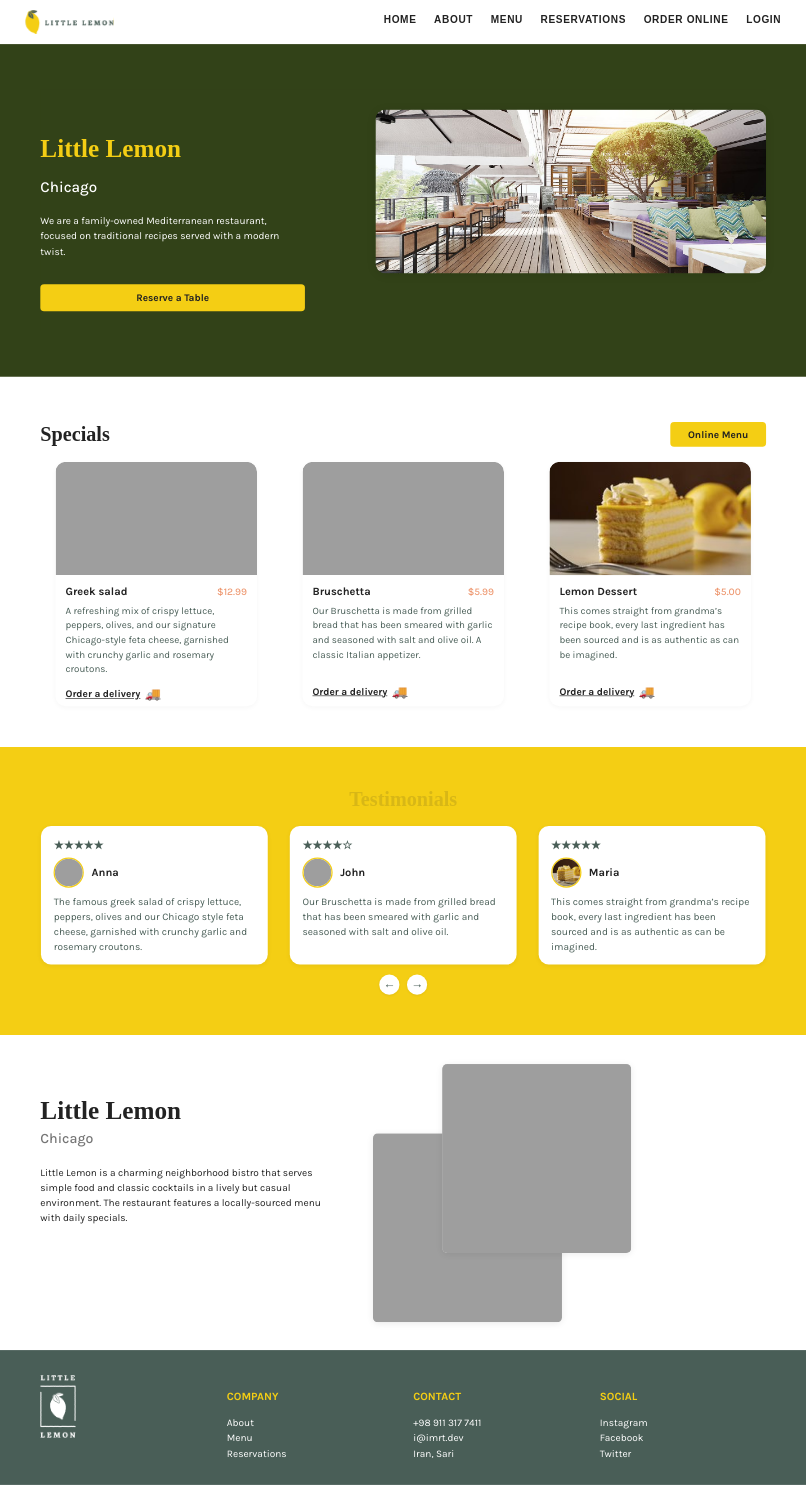
Repository: mrtseven/capstone-little-lemon-mrt
Page: /
An editor plug-in stored every save of this project. The page is shown before and after a run of saves, followed by the edit.
The browser window is 1280 px wide. The pictures show the whole page, at 63% of full size.
Pictures or frames that could not be fetched are drawn as grey boxes. Some web fonts or font styles are not loaded; a fallback is used. The project was rebuilt for these pictures with package versions that can differ from the ones it lists, and the page was loaded fresh each time. Also part of the build but not shown: src/pages/About.jsx, src/pages/Menu.jsx, src/components/ReservationForm.jsx, src/bookingsAPI.js, src/components/ConfirmedReservation.jsx, src/pages/Reservations.jsx, src/pages/Order.jsx, src/pages/Login.jsx.

Above is the page before, as saved 2025-07-28 21:00:46.

### public/index.html
<!DOCTYPE html>
<html lang="en">
  <head>
    <meta charset="utf-8" />
    <link rel="icon" href="%PUBLIC_URL%/favicon.ico" />
    <meta name="viewport" content="width=device-width, initial-scale=1" />
    <meta name="theme-color" content="#000000" />
    <meta name="description" content="Experience vibrant Mediterranean flavors at Little Lemon, a stylish bar and small plates restaurant in the heart of Dublin. Enjoy fresh produce, handcrafted cocktails, and a premium wine selection in a lively, modern atmosphere—perfect for intimate dinners or special occasions."/>
    <meta name="og:title" content="Little Lemon restaurant"/>
    <meta name="og:description" content="Experience vibrant Mediterranean flavors at Little Lemon, a stylish bar and small plates restaurant in the heart of Dublin. Enjoy fresh produce, handcrafted cocktails, and a premium wine selection in a lively, modern atmosphere—perfect for intimate dinners or special occasions."/>
    <meta name="og:image" content="%PUBLIC_URL%/restaurant.jpg"/>
    <link rel="preconnect" href="https://fonts.googleapis.com">
    <link rel="preconnect" href="https://fonts.gstatic.com" crossorigin>
    <link href="https://fonts.googleapis.com/css2?family=Markazi+Text:wght@400..700&display=swap" rel="stylesheet">
    <link rel="apple-touch-icon" href="%PUBLIC_URL%/logo192.png" />
    <!--
      manifest.json provides metadata used when your web app is installed on a
      user's mobile device or desktop. See https://developers.google.com/web/fundamentals/web-app-manifest/
    -->
    <link rel="manifest" href="%PUBLIC_URL%/manifest.json" />
    <!--
      Notice the use of %PUBLIC_URL% in the tags above.
      It will be replaced with the URL of the `public` folder during the build.
      Only files inside the `public` folder can be referenced from the HTML.

      Unlike "/favicon.ico" or "favicon.ico", "%PUBLIC_URL%/favicon.ico" will
      work correctly both with client-side routing and a non-root public URL.
      Learn how to configure a non-root public URL by running `npm run build`.
    -->
    <title>Little Lemon MRT Restaurant</title>
  </head>
  <body>
    <noscript>You need to enable JavaScript to run this app.</noscript>
    <div id="root"></div>
    <!--
      This HTML file is a template.
      If you open it directly in the browser, you will see an empty page.

      You can add webfonts, meta tags, or analytics to this file.
      The build step will place the bundled scripts into the <body> tag.

      To begin the development, run `npm start` or `yarn start`.
      To create a production bundle, use `npm run build` or `yarn build`.
    -->
  </body>
</html>

### src/App.css
@import url('https://fonts.googleapis.com/css2?family=Karla:wght@400;500;700;800&family=Markazi+Text:wght@400;500;700&display=swap');

/* === Type System & Base Styles === */

body {
  font-family: 'Karla', Arial, sans-serif;
  color: #222;
  background: #fff;
  margin: 0;
  padding: 0;
}

/* Display Title - Medium 64pt */
h1 {
  font-family: 'Markazi Text', serif;
  font-size: 64px;
  font-weight: 500;
  margin-bottom: 0.25em;
  line-height: 1.1;
}

/* Sub title - keep close to display */
h2 {
  font-family: 'Markazi Text', serif;
  font-size: 40px;
  font-weight: 400;
  margin-bottom: 0.25em;
  line-height: 1.2;
}

/* Regular 40pt (for h3) */
h3 {
  font-family: 'Markazi Text', serif;
  font-size: 40px;
  font-weight: 400;
  margin-bottom: 0.25em;
  line-height: 1.2;
}

/* Section Title! Uppercase 20pt Extra Bold */
h4 {
  font-family: 'Markazi Text', serif;
  font-size: 20px;
  font-weight: 800;
  text-transform: uppercase;
  margin-bottom: 0.5em;
  line-height: 1.2;
}

/* Card Title 18pt Bold */
h5 {
  font-family: 'Karla', Arial, sans-serif;
  font-size: 18px;
  font-weight: 700;
  margin-bottom: 0.5em;
  line-height: 1.2;
}

/* Category/Section 16pt Extra Bold */
h6 {
  font-family: 'Karla', Arial, sans-serif;
  font-size: 16px;
  font-weight: 700;
  margin-bottom: 0.5em;
  line-height: 1.2;
}

/* Paragraph text regular 16pt, 1.5 line height */
p {
  font-family: 'Karla', Arial, sans-serif;
  font-size: 16px;
  font-weight: 400;
  line-height: 1.5;
  margin-bottom: 1em;
  color: #222;
  max-width: 65ch;
}

/* Lead text (use .lead for emphasis) */
.lead {
  font-family: 'Karla', Arial, sans-serif;
  font-size: 18px;
  font-weight: 400;
  color: #222;
  margin-bottom: 0.5em;
}

/* Highlight text (e.g. price) */
.highlight {
  font-family: 'Karla', Arial, sans-serif;
  font-size: 16px;
  font-weight: 500;
  color: #495E57;
}

/* Section/Category bold (for span or strong) */
.bold {
  font-family: 'Karla', Arial, sans-serif;
  font-weight: 700;
}
.extra-bold {
  font-family: 'Karla', Arial, sans-serif;
  font-weight: 800;
}
.uppercase {
  text-transform: uppercase;
}

/* Accent colors */
.accent-green {
  color: #495E57;
}
.accent-yellow {
  color: #F4CE14;
}
.bg-accent-green {
  background: #495E57;
}
.bg-accent-yellow {
  background: #F4CE14;
}

/* Rounded corners utility */
.rounded-16 {
  border-radius: 16px;
}

/* Container for the navbar */
.navbar {
  max-width: 1200px;
  margin: 0 auto;
  display: flex;
  align-items: center;
  justify-content: space-between;
  background: #fff;
  padding: 16px 40px;
  font-family: 'Arial', sans-serif;

}

/* Logo and brand */
.navbar-logo {
  display: flex;
  align-items: center;
}

.navbar-logo img {
  height: 38px; /* Adjust as needed */
  margin-right: 8px;
  object-fit: cover;
}

.navbar-brand {
  font-weight: bold;
  color: #CFC12D; /* Lemon yellow, adjust as necessary */
  letter-spacing: 2px;
  font-size: 1.1rem;
  display: none !important;
}

/* Navigation links */
.navbar-menu {
  display: flex;
  align-items: center;
  gap: 28px; /* Space between menu items */
}

.navbar-menu a {
  text-decoration: none;
  color: #222;
  font-weight: bold;
  text-transform: uppercase;
  letter-spacing: 1px;
  font-size: 1rem;
  padding-bottom: 8px;
  transition: color 0.2s;
}

.navbar-menu a:hover {
  color: #CFC12D; /* Highlight on hover */
}

/* Hamburger styles */
.navbar-hamburger {
  display: none;
  flex-direction: column;
  justify-content: center;
  align-items: center;
  width: 36px;
  height: 36px;
  background: none;
  border: none;
  cursor: pointer;
  padding: 0;
  margin-left: 16px;
  z-index: 1002;
}
.hamburger-bar {
  width: 24px;
  height: 3px;
  background: #222;
  margin: 3px 0;
  border-radius: 2px;
  transition: all 0.3s;
}

/* Responsive styles */
@media (max-width: 900px) {
  .navbar {
    padding: 16px 20px 0 20px;
  }
  .navbar-brand {
    display: inline;
    font-size: 1rem;
  }
}

@media (max-width: 768px) {
  .navbar-menu {
    position: absolute;
    top: 64px;
    right: 0;
    left: 0;
    background: #fff;
    flex-direction: column;
    align-items: flex-start;
    gap: 0;
    padding: 24px 32px 24px 32px;
    box-shadow: 0 4px 16px rgba(0,0,0,0.07);
    display: none;
    z-index: 1001;
  }
  .navbar-menu.open {
    display: flex;
  }
  .navbar-menu a {
    width: 100%;
    padding: 16px 0;
    font-size: 1.1rem;
    border-bottom: 1px solid #eee;
  }
  .navbar-hamburger {
    display: flex;
  }
  .navbar {
    position: relative;
  }
}

@media (min-width: 769px) {
  .navbar-menu {
    display: flex !important;
    position: static;
    flex-direction: row;
    background: none;
    box-shadow: none;
    padding: 0;
    gap: 28px;
  }
  .navbar-hamburger {
    display: none;
  }
  .navbar-brand {
    display: inline;
  }
}

/* Hero Section Styles */
.hero-section {
  width: 100vw;
  background: #324218;
  margin: 0;
  padding: 0;
  display: flex;
  justify-content: center;
  align-items: flex-start;
  margin-bottom: 48px;
}
.hero-section .container {
  display: flex;
  flex-direction: row;
  align-items: flex-start;
  gap: 48px;
  padding-top: 40px;
  padding-bottom: 40px;
}
.hero-content {
  flex: 1 1 0;
  max-width: 420px;
  padding: 0;
  display: flex;
  flex-direction: column;
  justify-content: center;
}
.hero-title {
  font-size: 40px;
  font-family: 'Markazi Text', serif;
  font-weight: 700;
  color: #F4CE14;
  margin-bottom: 0.1em;
}
.hero-location {
  font-size: 24px;
  font-family: 'Karla', Arial, sans-serif;
  font-weight: 500;
  color: #fff;
  margin-bottom: 0.5em;
}
.hero-description {
  color: #fff;
  font-size: 16px;
  margin-bottom: 2em;
}
.hero-cta {
  font-family: 'Karla', Arial, sans-serif;
  font-size: 1rem;
  font-weight: 700;
  color: #222;
  background: #F4CE14;
  border: none;
  border-radius: 6px;
  padding: 12px 32px;
  cursor: pointer;
  margin-top: 8px;
  transition: background 0.2s;
}
.hero-cta:hover {
  background: #ffe066;
}
.hero-image-wrapper {
  flex: 1 1 0;
  display: flex;
  align-items: flex-start;
  justify-content: flex-end;
  padding: 0;
}
.hero-image {
  width: 620px;
  height: 260px;
  object-fit: cover;
  border-radius: 16px;
  box-shadow: 0 2px 16px rgba(0,0,0,0.10);
}
@media (max-width: 900px) {
  .hero-section .container {
    flex-direction: column;
    gap: 24px;
    align-items: center;
    padding: 24px 0;
  }
  .hero-image {
    width: 100%;
    max-width: 320px;
    height: auto;
  }
}

/* Dish Card Styles */
.dish-card {
  background: #fff;
  border-radius: 16px;
  box-shadow: 0 2px 8px rgba(0,0,0,0.04);
  overflow: hidden;
  width: 320px;
  display: flex;
  flex-direction: column;
  margin: 0 auto;
}
.dish-card-img {
  width: 100%;
  height: 180px;
  object-fit: cover;
  border-top-left-radius: 16px;
  border-top-right-radius: 16px;
  border-bottom-left-radius: 0;
  border-bottom-right-radius: 0;
}
.dish-card-body {
  padding: 16px 16px 12px 16px;
  display: flex;
  flex-direction: column;
  flex: 1 1 0;
  min-height: 180px;
}
.dish-card-header {
  display: flex;
  justify-content: space-between;
  align-items: flex-start;
  margin-bottom: 8px;
}
.dish-card-title {
  font-size: 1.1rem;
  font-family: 'Karla', Arial, sans-serif;
  font-weight: 700;
  margin: 0;
  color: #222;
}
.dish-card-price {
  font-size: 1rem;
  font-family: 'Karla', Arial, sans-serif;
  font-weight: 500;
  color: #EE9972;
  margin-left: 8px;
}
.dish-card-desc {
  font-size: 0.97rem;
  color: #495E57;
  margin: 0 0 16px 0;
  font-family: 'Karla', Arial, sans-serif;
}
.dish-card-cta {
  display: flex;
  align-items: center;
  font-weight: 700;
  font-size: 1rem;
  color: #222;
  cursor: pointer;
  gap: 6px;
  margin-top: auto;
}
.dish-card-cta-icon {
  font-size: 1.2em;
  margin-left: 2px;
}

/* Specials Section Styles */
.specials-section {
  margin: 0;
  padding: 0 0 32px 0;
}
.specials-header-row {
  display: flex;
  align-items: center;
  justify-content: space-between;
  margin-bottom: 24px;
  padding-top: 8px;
}
.specials-title {
  font-size: 2rem;
  font-family: 'Markazi Text', serif;
  font-weight: 700;
  margin: 0;
  color: #222;
}
.specials-menu-btn {
  font-family: 'Karla', Arial, sans-serif;
  font-size: 1rem;
  font-weight: 700;
  color: #222;
  background: #F4CE14;
  border: none;
  border-radius: 6px;
  padding: 10px 28px;
  cursor: pointer;
  transition: background 0.2s;
}
.specials-menu-btn:hover {
  background: #ffe066;
}
.specials-cards-row {
  display: flex;
  gap: 24px;
  justify-content: flex-start;
  align-items: stretch;
  flex-wrap: wrap;
}
@media (max-width: 900px) {
  .specials-cards-row {
    flex-direction: column;
    gap: 20px;
    align-items: center;
  }
  .specials-header-row {
    flex-direction: column;
    align-items: flex-start;
    gap: 12px;
  }
}

/* Grid Container */
.container {
  max-width: 1200px;
  margin: 0 auto;
  padding-left: 24px;
  padding-right: 24px;
  width: 100%;
  box-sizing: border-box;
}

@media (max-width: 1240px) {
  .container {
    max-width: 100vw;
  }
}

@media (max-width: 600px) {
  .container {
    padding-left: 8px;
    padding-right: 8px;
  }
}

/* Testimonial Card Styles */
.testimonial-card {
  background: #fff;
  border-radius: 16px;
  box-shadow: 0 2px 8px rgba(0,0,0,0.06);
  padding: 20px 20px 16px 20px;
  width: 320px;
  min-height: 180px;
  display: flex;
  flex-direction: column;
  align-items: flex-start;
  margin: 0 auto;
}
.testimonial-rating {
  font-size: 1.1rem;
  font-weight: 700;
  color: #495E57;
  margin-bottom: 10px;
}
.testimonial-row {
  display: flex;
  align-items: center;
  gap: 12px;
  margin-bottom: 10px;
}
.testimonial-img {
  width: 44px;
  height: 44px;
  object-fit: cover;
  border-radius: 50%;
  border: 2px solid #F4CE14;
}
.testimonial-name {
  font-size: 1.1rem;
  font-weight: 700;
  color: #222;
}
.testimonial-text {
  font-size: 1rem;
  color: #495E57;
  margin: 0;
  font-family: 'Karla', Arial, sans-serif;
}

/* Testimonials Section (Carousel) */
.testimonials-section {
  background: #F4CE14;
  padding: 48px 0;
  width: 100vw;
  margin: 0;
}
.testimonials-section .container {
  display: flex;
  flex-direction: column;
  align-items: center;
}
.testimonials-carousel {
  display: flex;
  gap: 32px;
  justify-content: center;
  align-items: stretch;
  margin-top: 24px;
  width: 100%;
}
.testimonials-carousel-controls {
  display: flex;
  gap: 12px;
  margin-top: 16px;
  justify-content: center;
}
.testimonials-carousel-btn {
  background: #fff;
  border: none;
  border-radius: 50%;
  width: 32px;
  height: 32px;
  font-size: 1.2rem;
  color: #495E57;
  cursor: pointer;
  box-shadow: 0 1px 4px rgba(0,0,0,0.08);
  transition: background 0.2s;
}
.testimonials-carousel-btn:hover {
  background: #ffe066;
}
@media (max-width: 1100px) {
  .testimonials-carousel {
    flex-direction: column;
    gap: 24px;
    align-items: center;
  }
  .testimonial-card {
    width: 90vw;
    max-width: 340px;
  }
}

.about-section {
  padding: 64px 0 64px 0;
  background: #fff;
}
.about-container {
  display: flex;
  flex-direction: row;
  align-items: flex-start;
  justify-content: space-between;
  gap: 48px;
}
.about-text {
  flex: 1 1 0;
  max-width: 480px;
}
.about-title {
  font-family: 'Markazi Text', serif;
  font-size: 2.5rem;
  font-weight: 700;
  margin: 0 0 0.2em 0;
  color: #222;
}
.about-subtitle {
  font-family: 'Karla', Arial, sans-serif;
  font-size: 1.4rem;
  font-weight: 500;
  color: #757575;
  margin: 0 0 1.2em 0;
}
.about-text p {
  font-size: 1rem;
  color: #222;
  margin-bottom: 1em;
}
.about-images {
  flex: 1 1 0;
  position: relative;
  min-width: 320px;
  min-height: 320px;
  display: flex;
  align-items: center;
  justify-content: center;
}
.about-img {
  width: 220px;
  height: 220px;
  object-fit: cover;
  border-radius: 8px;
  box-shadow: 0 2px 12px rgba(0,0,0,0.08);
  position: absolute;
  background: #e0e0e0;
}
.about-img-bottom {
  left: 0;
  top: 40px;
  z-index: 1;
}
.about-img-top {
  left: 80px;
  top: -40px;
  z-index: 2;
}
@media (max-width: 900px) {
  .about-container {
    flex-direction: column;
    gap: 32px;
    align-items: center;
  }
  .about-images {
    min-width: 220px;
    min-height: 220px;
    height: 260px;
  }
  .about-img {
    width: 180px;
    height: 180px;
  }
  .about-img-top {
    left: 60px;
    top: -20px;
  }
  .about-img-bottom {
    left: 0;
    top: 40px;
  }
}

@media (min-width: 901px) {
  .about-img {
    width: 300px;
    height: 300px;
  }
  .about-images {
    min-width: 340px;
    min-height: 340px;
    height: 340px;
  }
  .about-img-top {
    left: 110px;
    top: -50px;
  }
  .about-img-bottom {
    left: 0;
    top: 60px;
  }
}

.footer-section {
  background: #495E57;
  color: #fff;
  padding: 48px 0 32px 0;
}
.footer-container {
  display: grid;
  grid-template-columns: 1fr 1fr 1fr 1fr;
  gap: 32px;
  align-items: flex-start;
}
.footer-col {
  display: flex;
  flex-direction: column;
  gap: 12px;
}
.footer-logo-col {
  align-items: flex-start;
}
.footer-logo {
  width: 56px;
  height: auto;
  margin-bottom: 8px;
}
.footer-heading {
  font-size: 1.1rem;
  font-family: 'Karla', Arial, sans-serif;
  font-weight: 700;
  margin-bottom: 8px;
  color: #F4CE14;
}
.footer-links {
  list-style: none;
  padding: 0;
  margin: 0;
  display: flex;
  flex-direction: column;
  gap: 6px;
}
.footer-links a {
  color: #fff;
  text-decoration: none;
  font-size: 1rem;
  transition: color 0.2s;
}
.footer-links a:hover {
  color: #F4CE14;
}
@media (max-width: 900px) {
  .footer-container {
    grid-template-columns: 1fr 1fr;
    gap: 24px;
  }
}
@media (max-width: 600px) {
  .footer-container {
    grid-template-columns: 1fr;
    gap: 20px;
  }
  .footer-section {
    padding: 32px 0 20px 0;
  }
}

/* Consistent Section Padding and White Space */
.hero-section,
.specials-section,
.testimonials-section,
.about-section {
  padding-top: 64px !important;
  padding-bottom: 64px !important;
  margin-top: 0 !important;
  margin-bottom: 0 !important;
}

@media (max-width: 900px) {
  .hero-section,
  .specials-section,
  .testimonials-section,
  .about-section {
    padding-top: 32px !important;
    padding-bottom: 32px !important;
  }
}

/* Remove extra margin from first and last child in each section */
.hero-section > .container > :first-child,
.specials-section > .container > :first-child,
.testimonials-section > .container > :first-child,
.about-section > .container > :first-child {
  margin-top: 0 !important;
}
.hero-section > .container > :last-child,
.specials-section > .container > :last-child,
.testimonials-section > .container > :last-child,
.about-section > .container > :last-child {
  margin-bottom: 0 !important;
}

.footer-section {
  padding-top: 40px;
  padding-bottom: 40px;
}
@media (max-width: 600px) {
  .footer-section {
    padding-top: 24px;
    padding-bottom: 24px;
  }
}

/* Remove section-specific padding/margin overrides */
.about-section,
.specials-section,
.testimonials-section,
.hero-section {
  background-clip: padding-box;
}

.hero-section {
  padding-top: 32px !important;
  padding-bottom: 32px !important;
}
.about-section {
  padding-top: 96px !important;
  padding-bottom: 64px !important;
}

@media (max-width: 900px) {
  .hero-section {
    padding-top: 20px !important;
    padding-bottom: 20px !important;
  }
  .about-section {
    padding-top: 48px !important;
    padding-bottom: 32px !important;
  }
}


/* Form Styles */
.reservation-form {
  max-width: 320px;
  margin: 3rem auto;
  padding: 32px 24px;
  background: #fff;
  border-radius: 14px;
  box-shadow: 0 4px 32px rgba(63, 63, 63, 0.07);
  font-family: 'Segoe UI', Arial, sans-serif;
}

/* make form use flex column with spacing between groups */
.reservation-form .input-group {
  display: flex;
  flex-direction: column;
  gap: 6px;
  margin-bottom: 18px;
}

.form-label {
  font-weight: 500;
  color: #36454f;
}

.form-input {
  padding: 9px 12px;
  border: 1px solid #bfc7d6;
  border-radius: 5px;
  font-size: 1rem;
  background: #fafbfc;
  transition: border-color 0.2s;
}

.form-input:focus {
  border-color: #ffc300;
  outline: none;
  background: #fffde7;
}

.form-submit {
  background-color: #F4CE14;
  color: #333;
  padding: 10px 20px;
  border: none;
  border-radius: 8px;
  font-size: 1rem;
  font-weight: bold;
  cursor: pointer;
  transition: background-color 0.3s;
}

.form-submit:hover,
.form-submit:focus {
  background: #ffee99;
  color: #000;
}

.form-submit:disabled {
    background-color: #ccc;
    cursor: not-allowed;
}

.form-actions {
  display: flex;
  flex-direction: column;
  gap: 1rem;
  margin-top: 1rem;
}

.form-cancel {
  background-color: transparent;
  color: #888;
  padding: 10px 20px;
  border: 1px solid #ccc;
  border-radius: 8px;
  font-size: 1rem;
  font-weight: bold;
  cursor: pointer;
  transition: background-color 0.3s, color 0.3s;
}

.form-cancel:hover {
  background-color: #f0f0f0;
  color: #333;
}

.error-message {
    color: red;
    font-size: 0.8em;
}

.input-error {
    border: 1px solid red;
}

/* Booking Confirmation Styles */
.booking-confirmation {
  max-width: 500px;
  margin: 3rem auto;
  padding: 32px 24px;
  background: #f9f9f9;
  border: 1px solid #495E57;
  border-radius: 14px;
  text-align: center;
  box-shadow: 0 4px 32px rgba(0, 0, 0, 0.08);
}

.booking-confirmation h2 {
  font-family: 'Markazi Text', serif;
  font-size: 2.5rem;
  color: #495E57; /* Little Lemon Green */
  margin-bottom: 0.5em;
}

.booking-confirmation p {
  font-family: 'Karla', Arial, sans-serif;
  font-size: 1.1rem;
  color: #333;
  line-height: 1.6;
}

### src/components/Hero.jsx
import React from 'react';
import PropTypes from 'prop-types';

export default function Hero({ title, location, description, cta, image }) {
  return (
    <section className="hero-section">
      <div className="hero-content">
        <h1 className="hero-title accent-yellow">{title}</h1>
        {location && <h2 className="hero-location">{location}</h2>}
        {description && <p className="hero-description">{description}</p>}
        <button className="hero-cta bg-accent-yellow">{cta}</button>
      </div>
      {image && (
        <div className="hero-image-wrapper">
          <img src={image} alt="Hero visual" className="hero-image rounded-16" />
        </div>
      )}
    </section>
  );
}

Hero.propTypes = {
  title: PropTypes.string.isRequired,
  cta: PropTypes.string.isRequired,
  location: PropTypes.string,
  description: PropTypes.string,
  image: PropTypes.string,
};

### src/components/Testimonial.jsx
import React from 'react';
import PropTypes from 'prop-types';

export default function Testimonial({ rating, image, name, text }) {
  return (
    <div className="testimonial-card rounded-16">
      <div className="testimonial-rating">{rating}</div>
      <div className="testimonial-row">
        <img src={image} alt={name} className="testimonial-img" />
        <span className="testimonial-name">{name}</span>
      </div>
      <p className="testimonial-text">{text}</p>
    </div>
  );
}

Testimonial.propTypes = {
  rating: PropTypes.oneOfType([PropTypes.string, PropTypes.number]).isRequired,
  image: PropTypes.string.isRequired,
  name: PropTypes.string.isRequired,
  text: PropTypes.string.isRequired,
};

Loaded but not shown: src/index.js (common file); src/index.css (common file); src/reportWebVitals.js (common file); src/App.js (29 lines, source omitted); src/sections/Main.jsx (130 lines, source omitted); src/sections/Nav.jsx (42 lines, source omitted); src/sections/Footer.jsx (44 lines, source omitted); src/components/DishCard.jsx (29 lines, source omitted)

After the next 2 saves:
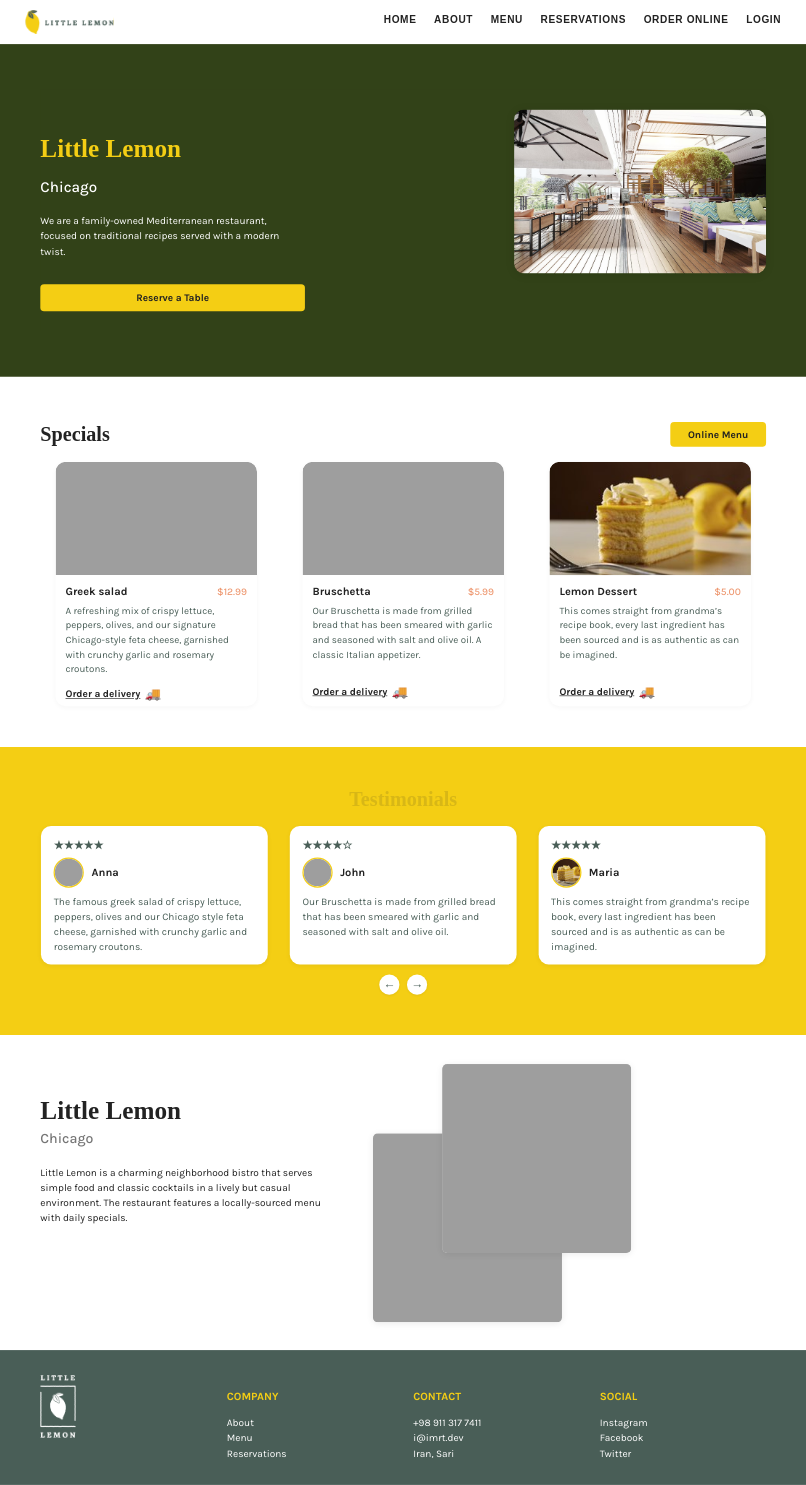
The 2 saves are shown as one change because they came seconds apart.
The last was saved 7 s later.
--- a/src/App.css
+++ b/src/App.css
@@ -335,7 +335,7 @@ p {
   padding: 0;
 }
 .hero-image {
-  width: 620px;
+  width: 400px;
   height: 260px;
   object-fit: cover;
   border-radius: 16px;
